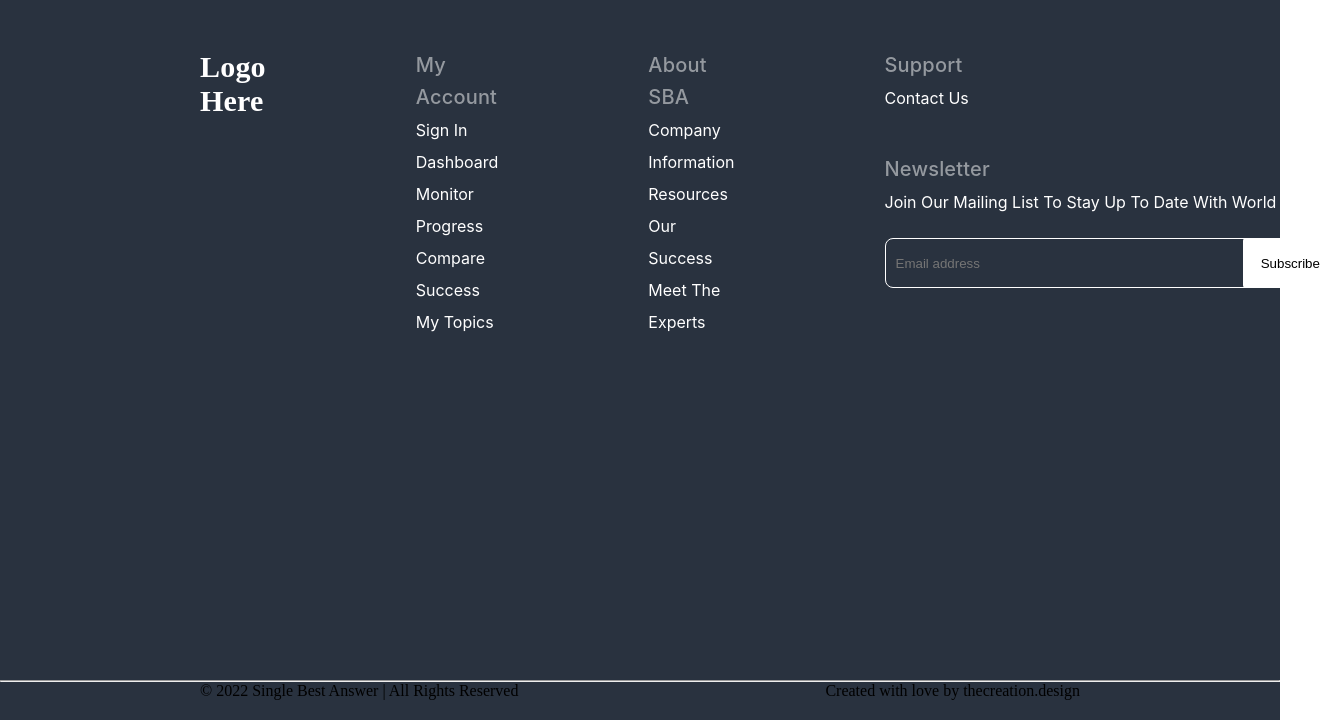
Repository: FaridRustamov09/Final-Task
Page: Pages/connectionPage/index.html
An editor plug-in stored every save of this project. The page is shown before and after the next save, followed by the edit.
The browser window is 1280 px wide. The page is 1339 px wide, so the pictures cover 1339 px, including what lies to the right of the window. The pictures show the whole page.
The style sheet was rebuilt from its Sass, Less or Tailwind sources for each picture, by a compiler version that may differ from the author's.

Above is the page before, as saved 2024-07-14 21:07:46.

### Pages/connectionPage/index.html
<!DOCTYPE html>
<html lang="en">
  <head>
    <meta charset="UTF-8" />
    <meta name="viewport" content="width=device-width, initial-scale=1.0" />
    <title>Document</title>
    <link rel="stylesheet" href="index.css" />
  </head>
  <body>
    <div class="container4">
      <div class="helper-box">
        <b>Logo Here</b>
        <ul>
          <li class="title"><b>My Account</b></li>
          <li><a href="#">Sign In</a></li>
          <li><a href="#">Dashboard</a></li>
          <li><a href="#">Monitor Progress</a></li>
          <li><a href="#">Compare Success</a></li>
          <li><a href="#">My Topics</a></li>
        </ul>
        <ul>
          <li class="title"><b>About SBA </b></li>
          <li><a href="#">Company Information</a></li>
          <li><a href="#">Resources</a></li>
          <li><a href="#">Our Success</a></li>
          <li><a href="#">Meet The Experts</a></li>
        </ul>
        <ul>
          <li class="title"><b>Support</b></li>
          <li><a href="#">Contact Us</a></li>
          <li class="title title-4"><b>Newsletter</b></li>
          <li>
            <a href="#">Join our mailing list to stay up to date with world</a>
          </li>
          <li class="subscribe">
            <form action="">
              <input placeholder="Email address" type="email" /><button>
                Subscribe
              </button>
            </form>
          </li>
        </ul>
      </div>
      <div class="finish">
        <hr />
        <div class="text-box">
          <p>© 2022 Single Best Answer | All Rights Reserved</p>
          <p>Created with love by thecreation.design</p>
        </div>
      </div>
    </div>
  </body>
</html>

### Pages/connectionPage/index.scss
* {
  margin: 0;
  padding: 0;
  box-sizing: border-box;
}
.container4 {
  background-color: #29323f;
  min-height: 100vh;
  display: flex;
  /* padding: 0 50px; */
  position: relative;
  .helper-box {
    padding-left: 200px;
    padding-top: 50px;
    display: flex;
    b {
      color: var(--White, #fff);
      font-family: Poppins;
      font-size: 30px;
      font-style: normal;
      font-weight: 700;
      line-height: normal;
      letter-spacing: 0.183px;
      text-transform: capitalize;
    }
    ul {
      display: flex;
      flex-direction: column;
      margin-left: 150px;
      .title-4 {
        margin-top: 40px;
      }
      .title b {
        opacity: 0.5;
        color: var(--White, #fff);
        font-family: Inter;
        font-size: 20px;
        font-style: normal;
        font-weight: 500;
        line-height: normal;
        margin-bottom: 20px;
        margin-top: 40px;
      }
      li {
        color: var(--White, #fff);
        font-family: Inter;
        font-size: 16px;
        font-style: normal;
        font-weight: 400;
        line-height: 32px;
        text-transform: capitalize;
        list-style-type: none;
        a {
          text-decoration: none;
          color: var(--White, #fff);
          font-family: Inter;
          font-size: 16px;
          font-style: normal;
          font-weight: 400;
          line-height: 32px;
          text-transform: capitalize;
        }
      }
      .subscribe {
        margin-top: 20px;
        form {
          display: flex;
          align-items: center;
          width: 454px;
          height: 50px;
          border-radius: 8px;
          border: 1px solid var(--White, #fff);
        }
        input {
          width: 100%;
          outline: none;
          background: none;
          border: none;
          padding-left: 10px;
          color: white;
        }
        button {
          background-color: #ffffff;
          width: 120px;
          height: 50px;
          border-radius: 3px;
          border: none;
        }
      }
    }
  }
  .finish {
    width: 100%;
    position: absolute;
    bottom: 20px;
    hr {
      width: 100%;
    }
    .text-box {
      padding-left: 200px;
      padding-right: 200px;

      display: flex;
      align-items: center;
      justify-content: space-between;
    }
  }
}

After the next save:
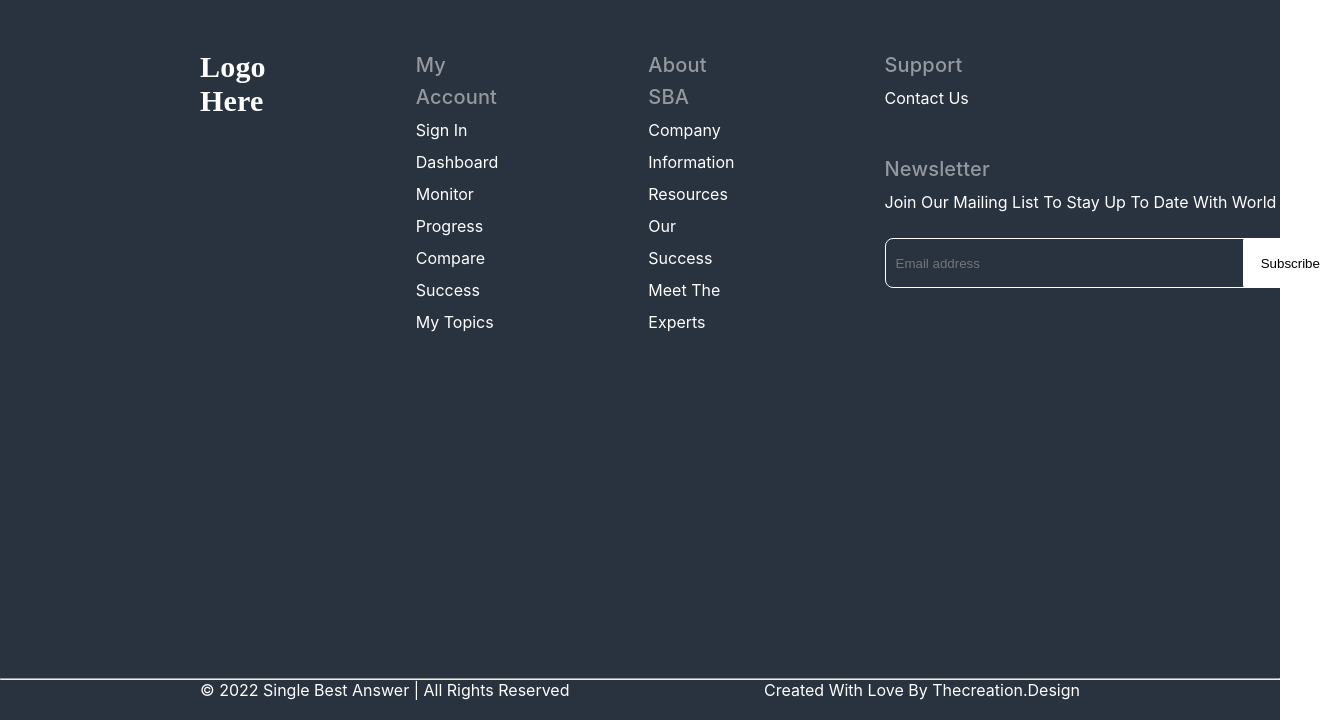
Saved 12 s later.
--- a/Pages/connectionPage/index.scss
+++ b/Pages/connectionPage/index.scss
@@ -103,6 +103,15 @@
       display: flex;
       align-items: center;
       justify-content: space-between;
+      p{
+        color: var(--White, #FFF);
+font-family: Inter;
+font-size: 16px;
+font-style: normal;
+font-weight: 400;
+line-height: normal;
+text-transform: capitalize;
+      }
     }
   }
 }
